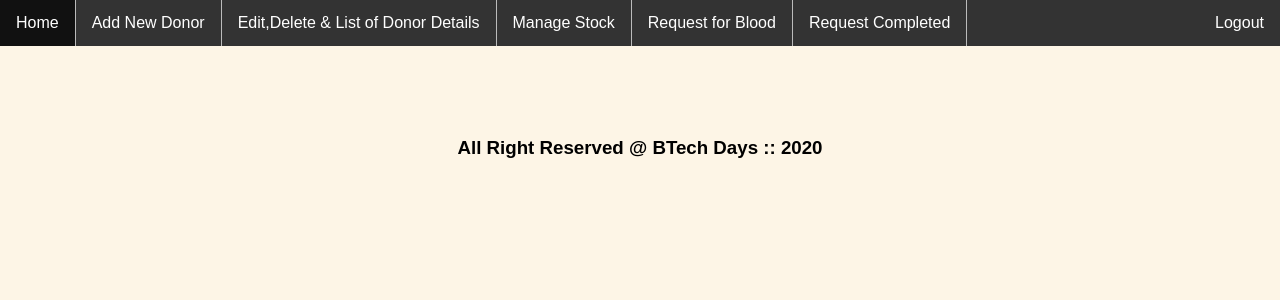
Repository: GopikaGnath/jsp
Page: http://localhost/job_seekers/addNewDonor.jsp
The author's editor kept a copy of each file at every save. The page is drawn from the files as they stood at one save, then again after the next save.
The browser window is 1280 px wide. The pictures show the whole page.
The page is served by Tomcat 9. Other server files are loaded and not shown.

Above is the page before, as saved 2023-07-17 07:27:58.

### job seekers/WebContent/addNewDonor.jsp
<%@include file="header.html"%>
<!DOCTYPE html PUBLIC "-//W3C//DTD HTML 4.01 Transitional//EN" "http://www.w3.org/TR/html4/loose.dtd">
<html>
<head>
 <link rel="stylesheet" href="style.css" type="text/css" media="screen">
<style>
input[type="text"], input[type="password"], input[type="email"], select,input[type="number"]
{
    border: none;
    background:silver;
    height: 50px;
    font-size: 16px;
	padding:15px;
	width:60%;
	border-radius: 25px;
	margin-left:20%;
}
h2,h1
{
	margin-left:20%;
}
hr
{
width:60%;
}
</style>
</head>
<body>






  </div>

<br>
<br>
<br>
<br>
<h3><center>All Right Reserved @ BTech Days :: 2020  </center></h3>

</body>
</html>

### job seekers/WebContent/header.html
<!DOCTYPE html>
<html>
<head>
 <link rel="stylesheet" href="style.css" type="text/css" media="screen">
<style>

ul {
  list-style-type: none;
  margin: 0;
  padding: 0;
  overflow: hidden;
  background-color: #333;
}

li {
  float: left;
  border-right:1px solid #bbb;
}

li:last-child {
  border-right: none;
}

li a {
  display: block;
  color: white;
  text-align: center;
  padding: 14px 16px;
  text-decoration: none;
}

li a:hover:not(.active) {
  background-color: #111;
}

.active {
  background-color: #4CAF50;
}
</style>
</head>
<body>

<ul>
  <li><a href="home.jsp">Home</a></li>
  <li><a href="addNewDonor.jsp">Add New Donor</a></li>
  <li><a href="editDeleteList.jsp">Edit,Delete & List of Donor Details</a></li>
    <li><a href="manageStock.jsp">Manage Stock</a></li>
  <li><a href="requestForBlood.jsp">Request for Blood</a></li>
  <li><a href="requestCompleted.jsp">Request Completed</a></li>
  <li style="float:right"><a href="adminLogin.jsp">Logout</a></li>
</ul>

</body>
</html>

### job seekers/WebContent/style.css
body{
background-color:#FDF5E6;
}
img{
width:100%;
height:500px;
}

.logo{
width:130px;
height:90px;
}
body {
  margin: 0;
  font-family: Arial;
}

.header {
  overflow: hidden;
  background-color:#B0C4DE;
  padding: 20px 10px;
}

.header a {
  float: left;
  color: white;
  text-align: center;
  padding: 12px;
  text-decoration: none;
  font-size: 18px;
  line-height: 25px;
  border-radius: 4px;
}

.header a.logo {
  font-size: 25px;
  font-weight: bold;
}


.header a.active {
  background-color: dodgerblue;
  color: white;
}

.header-right {
  float: right;
}

@media screen and (max-width: 500px) {
  .header a {
    float: none;
    display: block;
    text-align: left;
  }
  .header-right {
    float: none;
  }
}
.slide{
background-color:red;
}


textarea
{
    border: none;
    margin-left:100px;
	background:silver;
	width:100%;
    font-size: 16px;
	padding:15px;

}
.textdiv{
	margin-left:2.5%;
	margin-right:2.5%;
	width:100%;
}

iframe{

	height:50%;
	width:90%;
}


.button {
  border-radius: 4px;
  background-color: black;
  border: solid;
  color: #FFFFFF;
  text-align: center;
  font-size: 23px;
  padding: 5px;
  width: 120px;
  transition: all 0.5s;
  cursor: pointer;
  margin: 5px;
}

.button1 {
  border-radius: 4px;
  background-color: black;
  border: solid;
  border-radius:30px;
  border-color:silver;
  color: #FFFFFF;
  text-align: center;
  font-size: 23px;
  padding: 5px;
  width: 140px;
  transition: all 0.5s;
  cursor: pointer;
  margin: 5px;
  float:right;
}

button span {
  cursor: pointer;
  display: inline-block;
  position: relative;
  transition: 0.5s;
}

button span:after ,button1 span:after {
  content: '\00bb';
  position: absolute;
  opacity: 0;
  top: 0;
  right: -20px;
  transition: 0.5s;
}

button:hover span , button1:hover span {
  padding-right: 25px;
}

button:hover span:after , button1:hover span:after {
  opacity: 1;
  right: 0;
}



.p1{
	margin-left:6%;
	margin-right:6%;
	padding:15%;
	 border-left: 6px solid silver;
	 border-right: 6px solid silver;
	  border-top: 6px solid gray;
	 border-bottom: 6px solid gray;
	margin-bottom:2px;
	 background: rgba(0, 0, 0, 0.2);

}
.p2
{
	margin-left:6%;
	margin-right:6%;
	padding:9%;
	border:solid;
	border-left: 6px solid silver;
	 border-right: 6px solid silver;
	  border-top: 6px solid gray;
	 border-bottom: 6px solid gray;
	margin-bottom:18px;
	 background: rgba(0, 0, 0, 0.2);
}


.p3{

	color:white;
	margin-left:6%;
}


.m1{
	width:140px;
}

* {
    box-sizing: border-box;
}

body {
    margin: 0;
    font-family: Arial;
}

.header {
    text-align: center;
    padding: 32px;
}

.row {
    display: -ms-flexbox; /* IE10 */
    display: flex;
    -ms-flex-wrap: wrap; /* IE10 */
    flex-wrap: wrap;
    padding: 0 4px;

}
.row1 {
    display: -ms-flexbox; /* IE10 */
    display: flex;
    -ms-flex-wrap: wrap; /* IE10 */
    flex-wrap: wrap;
    padding: 0 4px;
	background-color:black;

}


/* Create four equal columns that sits next to each other */
.column {
    -ms-flex: 25%; /* IE10 */
    flex: 25%;
    max-width: 50%;
    padding: 0 4px;
}
.column1 {
    -ms-flex: 25%; /* IE10 */
    flex: 25%;
    max-width: 100%;
    padding: 0 4px;
}


.column img {
    margin-top: 8px;
    vertical-align: middle;
	height:300px;
	padding:30px;
}

/* Responsive layout - makes a two column-layout instead of four columns */
@media screen and (max-width: 800px) {
    .column {
        -ms-flex: 50%;
        flex: 50%;
        max-width: 50%;
    }
}

/* Responsive layout - makes the two columns stack on top of each other instead of next to each other */
@media screen and (max-width: 600px) {
    .column {
        -ms-flex: 100%;
        flex: 100%;
        max-width: 100%;
    }
}
p{
padding:10px;
}

.h1d{
color:white;
margin-left:5%;
}
.h1e{
color:white;
margin-left:28%;
}

After the next save:
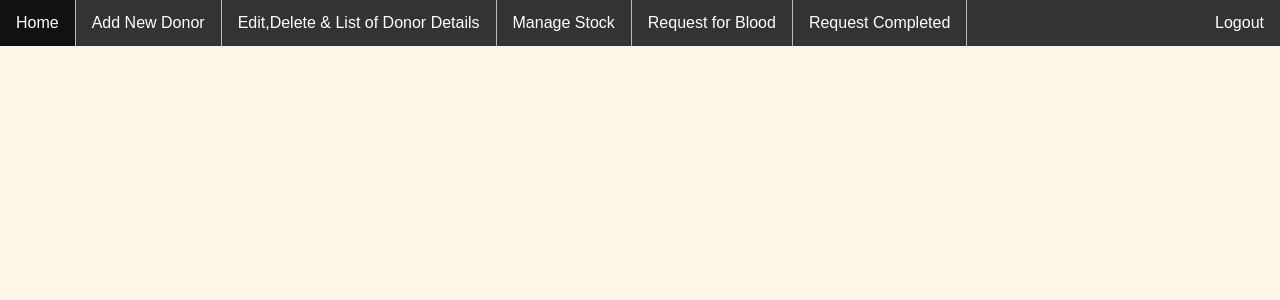
Saved 3 min 2 s later.
--- a/job seekers/WebContent/addNewDonor.jsp
+++ b/job seekers/WebContent/addNewDonor.jsp
@@ -38,7 +38,7 @@ width:60%;
 <br>
 <br>
 <br>
-<h3><center>All Right Reserved @ BTech Days :: 2020  </center></h3>
+
 
 </body>
 </html>
